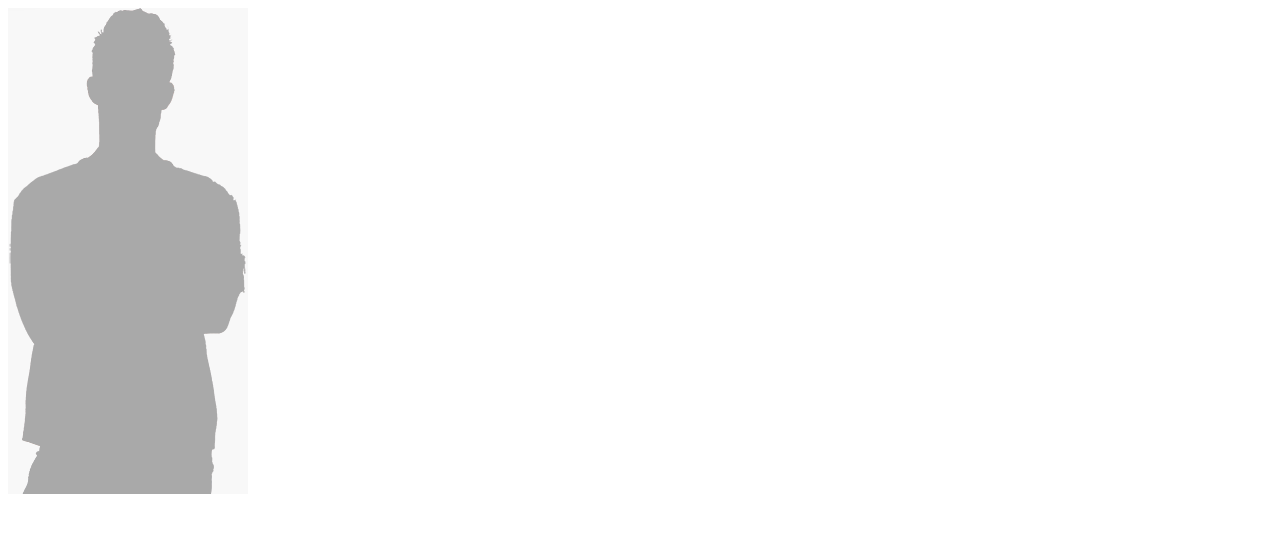
Repository: kpavankumaar/online_uk_class
Page: javascript/index.html
The author's editor kept a copy of each file at every save. The page is drawn from the files as they stood at one save, then again after the next save.
The browser window is 1280 px wide. The pictures show the whole page.
After loading, the first visible `div.data` was clicked once.

Above is the page before, as saved 2022-01-11 15:02:42.

After the next save:
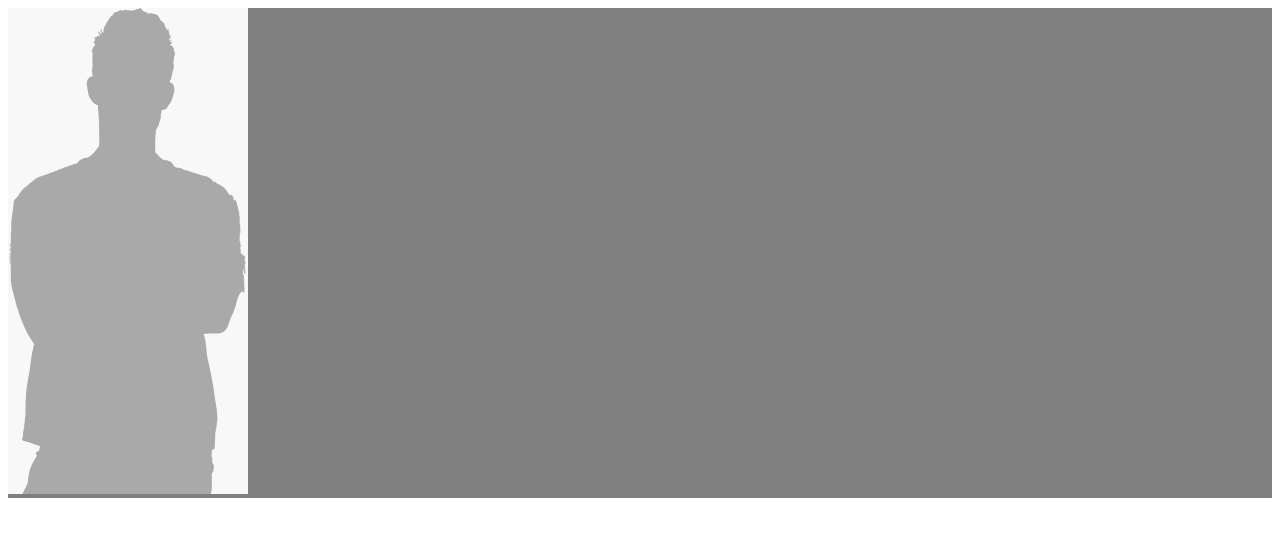
Saved 2 min 5 s later.
--- a/javascript/day4/basics.js
+++ b/javascript/day4/basics.js
@@ -15,4 +15,5 @@ test();
 var ele = document.getElementsByTagName("div")[0];
 ele.onclick = function(){
     console.log("data");
+    ele.style.backgroundColor = "grey";
 }
